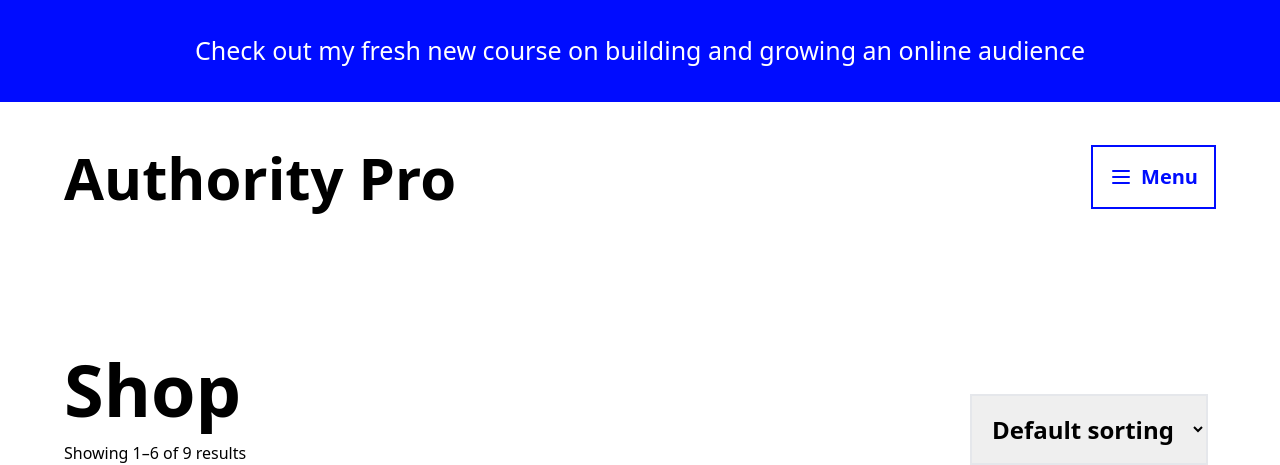
Repository: Quanndm03/web2022
Page: lab2/index2.html
The author's editor kept a copy of each file at every save. The page is drawn from the files as they stood at one save, then again after a run of saves.
The browser window is 1280 px wide. The pictures show the part of the page from y = 0 to 465 px (the page is 1861 px tall).
A picture or video elsewhere on the page could not be fetched, so the positions and the page height are approximate. Some web libraries are served in a nearby version.

Above is the page before, as saved 2022-06-16 10:28:49.

### lab2/index2.html
<!DOCTYPE html>
<html lang="en">
  <head>
    <meta charset="UTF-8" />
    <meta http-equiv="X-UA-Compatible" content="IE=edge" />
    <meta name="viewport" content="width=device-width, initial-scale=1.0" />
    <title>Document</title>
    <script src="https://cdn.tailwindcss.com"></script>
  </head>
  <body>
    <div class="bg-[#000CFF] text-center py-8">
      <p class="text-white text-[25px]">
        Check out my fresh new course on building and growing an online audience
      </p>
    </div>
    <div class="bg-white">
      <div class="max-w-6xl mx-auto">
        <div class="md:flex justify-between items-center py-8">
          <a class="text-[58px] font-bold" href="">Authority Pro</a>
          <button
            class="flex items-center border-2 border-[#000CFF] p-4 text-xl font-bold text-[#000CFF]"
          >
            <svg
              xmlns="http://www.w3.org/2000/svg"
              class="h-6 w-6 mr-2"
              fill="none"
              viewBox="0 0 24 24"
              stroke="currentColor"
              stroke-width="2"
            >
              <path
                stroke-linecap="round"
                stroke-linejoin="round"
                d="M4 6h16M4 12h16M4 18h16"
              />
            </svg>
            Menu
          </button>
        </div>
        <div class="md:flex justify-between items-end mb-5">
          <div>
            <h2 class="text-3xl md:text-7xl font-bold mb-4 mt-[100px]">
              Shop
            </h2>
            <p>Showing 1–6 of 9 results</p>
          </div>
          <select name="" id="" class="border-2 text-lg md:text-2xl p-4 font-bold mr-2">
            <option value="" class="">Default sorting</option>
          </select>
        </div>
        <div class="grid grid-cols-1 gap-4 md:grid-cols-3 md:gap-8">
          <div
            class="column shadow transition ease-in-out duration-300 hover:shadow-xl hover:cursor-pointer group"
          >
            <div
              class="product-item bg-gray-100 flex items-center justify-center"
            >
              <img src="images/image 1.png" alt="" />
            </div>
            <div class="product-content p-5">
              <h3 class="mb-4">
                <a href="" class="text-lg md:text-3xl font-bold"
                  >Dipped Tripod Stool</a
                >
              </h3>
              <div class="product-price text-md md:text-2xl">
                <del>$49.95</del><span class="text-[#000CFF]"> $35.00</span>
              </div>
              <button
                class="mt-5 block w-full md:w-auto md:inline-block py-2 md:py-5 px-3 border-2 border-[#000CFF] font-bold text-[#000CFF] group-hover:bg-blue-600 group-hover:text-white"
              >
                Add to cart
              </button>
            </div>
          </div>
          <!--End .column-->
          <div
            class="column shadow transition ease-in-out duration-300 hover:shadow-xl group"
          >
            <div
              class="product-item bg-gray-100 flex items-center justify-center"
            >
              <img src="images/image 1 (1).png" alt="" />
            </div>
            <div class="product-content p-5">
              <h3 class="mb-4">
                <a href="" class="text-lg md:text-3xl font-bold"
                  >Index Card Catalog</a
                >
              </h3>
              <div class="product-price text-md md:text-2xl">
                <del>$49.95</del><span class="text-[#000CFF]"> $35.00</span>
              </div>
              <button
                class="mt-5 block w-full md:w-auto md:inline-block py-2 md:py-5 px-3 border-2 border-[#000CFF] font-bold text-[#000CFF] group-hover:bg-blue-600 group-hover:text-white"
              >
                Add to cart
              </button>
            </div>
          </div>
          <!--End .column-->
          <div
            class="column shadow transition ease-in-out duration-300 hover:shadow-xl group"
          >
            <div
              class="product-item bg-gray-100 flex items-center justify-center"
            >
              <img src="images/image 1 (2).png" alt="" />
            </div>
            <div class="product-content p-5">
              <h3 class="mb-4">
                <a href="" class="text-lg md:text-3xl font-bold"
                  >Never Settle Mug</a
                >
              </h3>
              <div class="product-price text-md md:text-2xl">
                <del>$49.95</del><span class="text-[#000CFF]"> $35.00</span>
              </div>
              <button
                class="mt-5 block w-full md:w-auto md:inline-block py-2 md:py-5 px-3 border-2 border-[#000CFF] font-bold text-[#000CFF] group-hover:bg-blue-600 group-hover:text-white"
              >
                Add to cart
              </button>
            </div>
          </div>
          <!--End .column-->
          <div
            class="column shadow transition ease-in-out duration-300 hover:shadow-xl group"
          >
            <div
              class="product-item bg-gray-100 flex items-center justify-center"
            >
              <img src="images/image 1 (3).png" alt="" />
            </div>
            <div class="product-content p-5">
              <h3 class="mb-4">
                <a href="" class="text-lg md:text-3xl font-bold"
                  >Dipped Tripod Stool</a
                >
              </h3>
              <div class="product-price text-md md:text-2xl">
                <del>$49.95</del><span class="text-[#000CFF]"> $35.00</span>
              </div>
              <button
                class="mt-5 block w-full md:w-auto md:inline-block py-2 md:py-5 px-3 border-2 border-[#000CFF] font-bold text-[#000CFF] group-hover:bg-blue-600 group-hover:text-white"
              >
                Add to cart
              </button>
            </div>
          </div>
          <!--End .column-->
          <div
            class="column shadow transition ease-in-out duration-300 hover:shadow-xl group"
          >
            <div
              class="product-item bg-gray-100 flex items-center justify-center"
            >
              <img src="images/image 1 (4).png" alt="" />
            </div>
            <div class="product-content p-5">
              <h3 class="mb-4">
                <a href="" class="text-lg md:text-3xl font-bold"
                  >Dipped Tripod Stool</a
                >
              </h3>
              <div class="product-price text-md md:text-2xl">
                <del>$49.95</del><span class="text-[#000CFF]"> $35.00</span>
              </div>
              <button
                class="mt-5 block w-full md:w-auto md:inline-block py-2 md:py-5 px-3 border-2 border-[#000CFF] font-bold text-[#000CFF] group-hover:bg-blue-600 group-hover:text-white"
              >
                Add to cart
              </button>
            </div>
          </div>
          <!--End .column-->
          <div
            class="column shadow transition ease-in-out duration-300 hover:shadow-xl group"
          >
            <div
              class="product-item bg-gray-100 flex items-center justify-center"
            >
              <img src="images/image 1 (5).png" alt="" />
            </div>
            <div class="product-content p-5">
              <h3 class="mb-4">
                <a href="" class="text-lg md:text-3xl font-bold"
                  >Dipped Tripod Stool</a
                >
              </h3>
              <div class="product-price text-md md:text-2xl">
                <del>$49.95</del><span class="text-[#000CFF]"> $35.00</span>
              </div>
              <button
                class="mt-5 block w-full md:w-auto md:inline-block py-2 md:py-5 px-3 border-2 border-[#000CFF] font-bold text-[#000CFF] group-hover:bg-blue-600 group-hover:text-white"
              >
                Add to cart
              </button>
            </div>
          </div>
          <!--End .column-->
        </div>
      </div>
    </div>
    <div class="bg-gray-100 py-10">
      <div class="max-w-6xl mx-auto text-center">
        <h2 class="text-3xl md:text-6xl font-bold text-[#000CFF]">
          Ready to take your next step?
        </h2>
        <p class="my-5">
            Grow your audience and build a profitable online business.
        </p>
        <a
          href=""
          class="inline-block px-5 py-3 border-4 text-2xl border-[#000CFF] text-[#000CFF] font-bold mr-2"
          >Learn More</a
        >
        <a
          href=""
          class="inline-block px-5 py-3 border-4 text-2xl border-[#000CFF] text-white font-bold bg-[#000CFF]"
          >Get Started Today</a
        >
      </div>
    </div>
    <div class="bg-white py-5">
      <div class="max-w-6xl mx-auto">
        <div class="md:flex justify-center space-x-10">
          <a href="">FACEBOOK</a>
          <a href="">TWITTER</a>
          <a href="">INSTAGRAM</a>
          <a href="">LINKEDIN</a>
          <a href="">DRIBBBLE</a>
        </div>
        <p class="text-center mt-5">
            Copyright © 2020  · WordPress · Log in
        </p>
      </div>
    </div>
  </body>
</html>

After the next 2 saves:
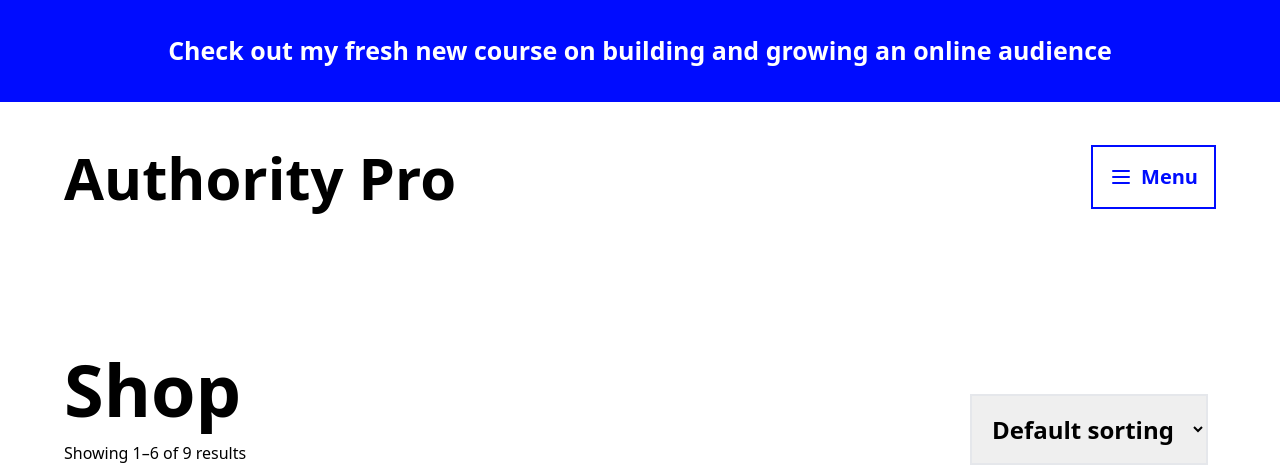
The 2 saves are shown as one change because they came seconds apart.
The last was saved 34 s later.
--- a/lab2/index2.html
+++ b/lab2/index2.html
@@ -9,7 +9,7 @@
   </head>
   <body>
     <div class="bg-[#000CFF] text-center py-8">
-      <p class="text-white text-[25px]">
+      <p class="text-white text-[25px] font-bold">
         Check out my fresh new course on building and growing an online audience
       </p>
     </div>
